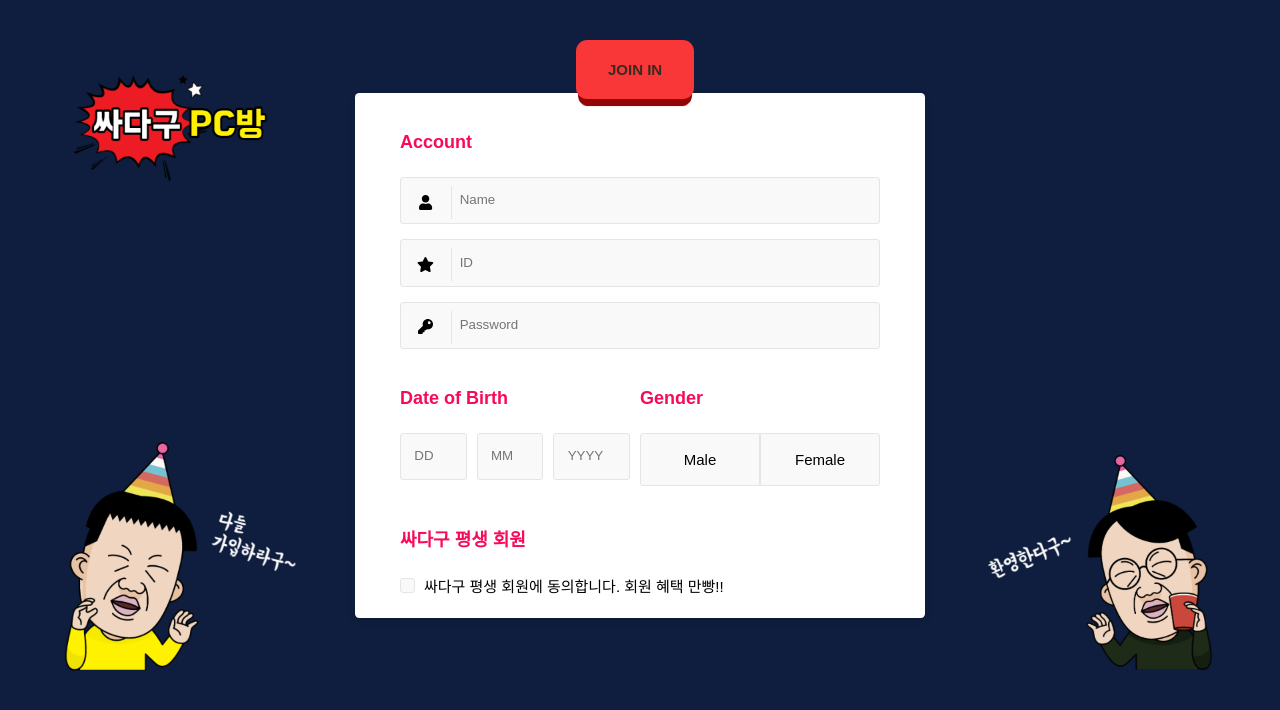
Repository: lkwoung/webProject-assignment
Page: http://localhost/CheapPC/login/join.jsp
The author's editor kept a copy of each file at every save. The page is drawn from the files as they stood at one save, then again after the next save.
The browser window is 1280 px wide. The pictures show the whole page.
Some web fonts or font styles are not loaded; a fallback is used. Some web libraries are served in a nearby version. The page is served by Tomcat 9.

Above is the page before, as saved 2020-12-17 08:50:09.

After the next save:
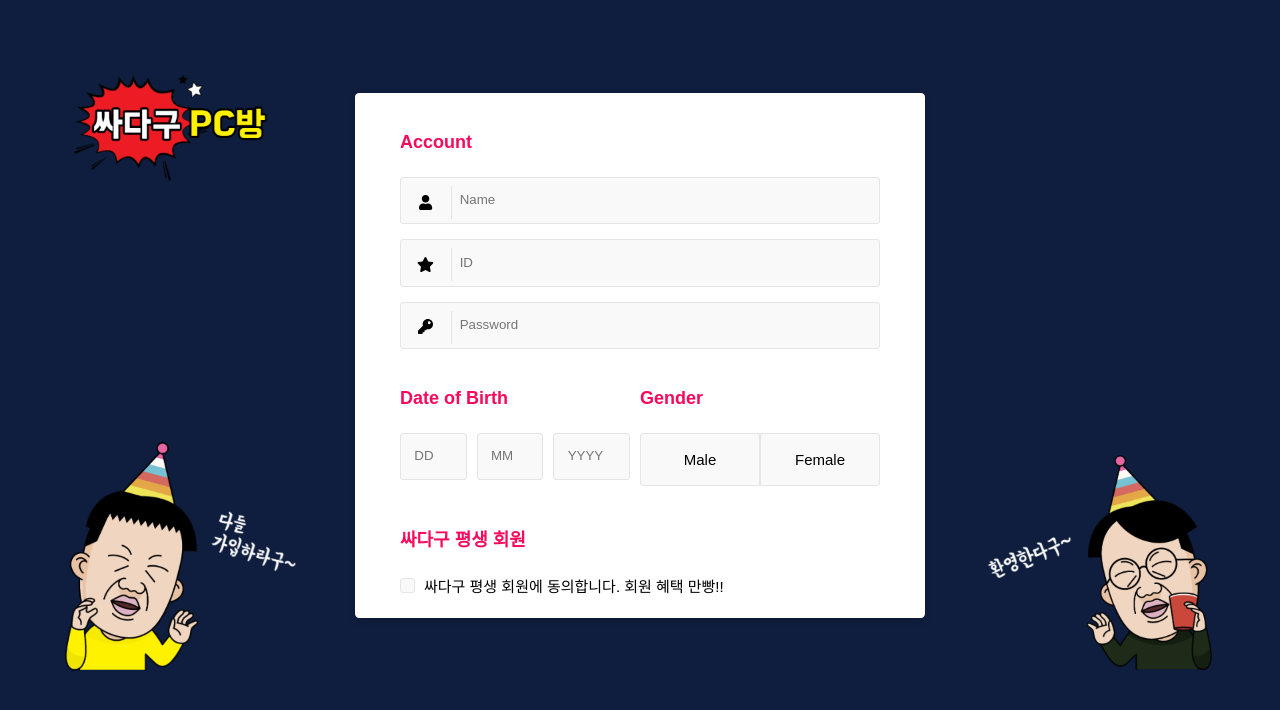
Saved 3 min 13 s later.
--- a/CheapPC/WebContent/css/join.css
+++ b/CheapPC/WebContent/css/join.css
@@ -228,7 +228,7 @@
   font-size: inherit;
 }
 button.learn-more {
-  top:40px;
+  top:-20%;
   left:45%;
   text-align: center;
   font-weight: 600;

After the 2 saves that followed:
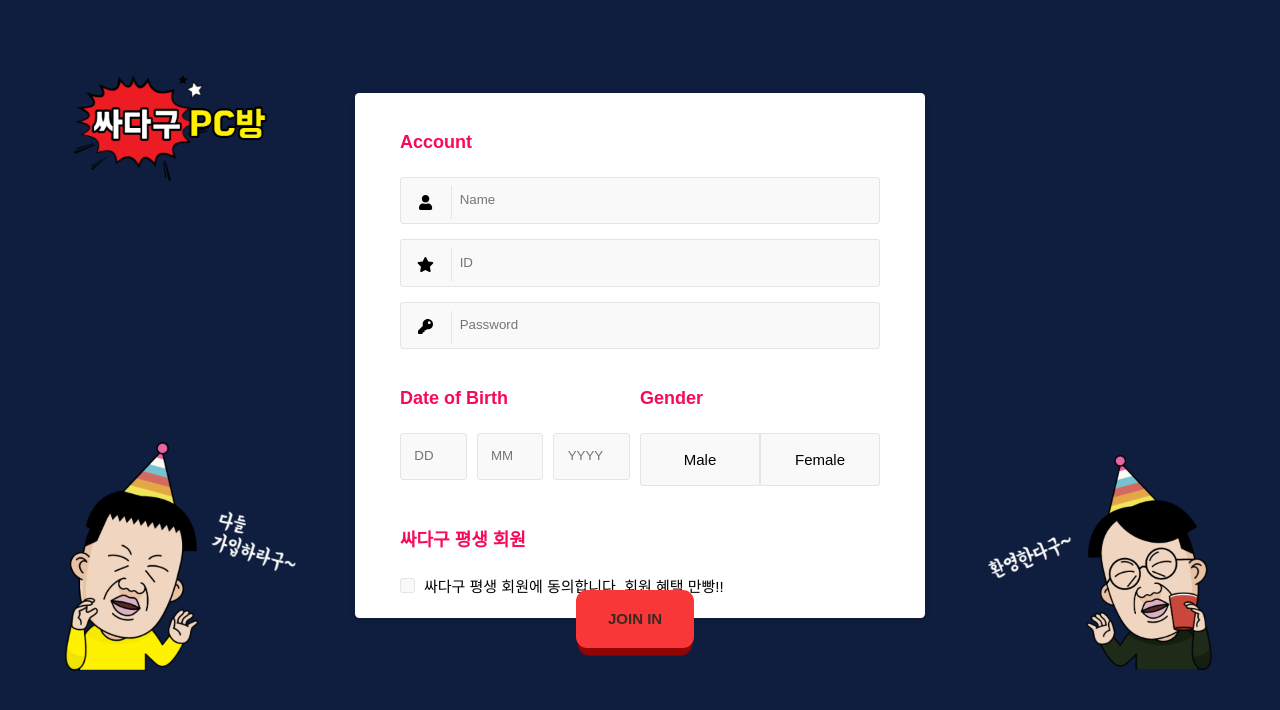
The 2 saves are shown as one change because 1 left the picture as it was.
The last was saved 24 s later.
--- a/CheapPC/WebContent/css/join.css
+++ b/CheapPC/WebContent/css/join.css
@@ -228,7 +228,7 @@
   font-size: inherit;
 }
 button.learn-more {
-  top:-20%;
+  bottom:10%;
   left:45%;
   text-align: center;
   font-weight: 600;
